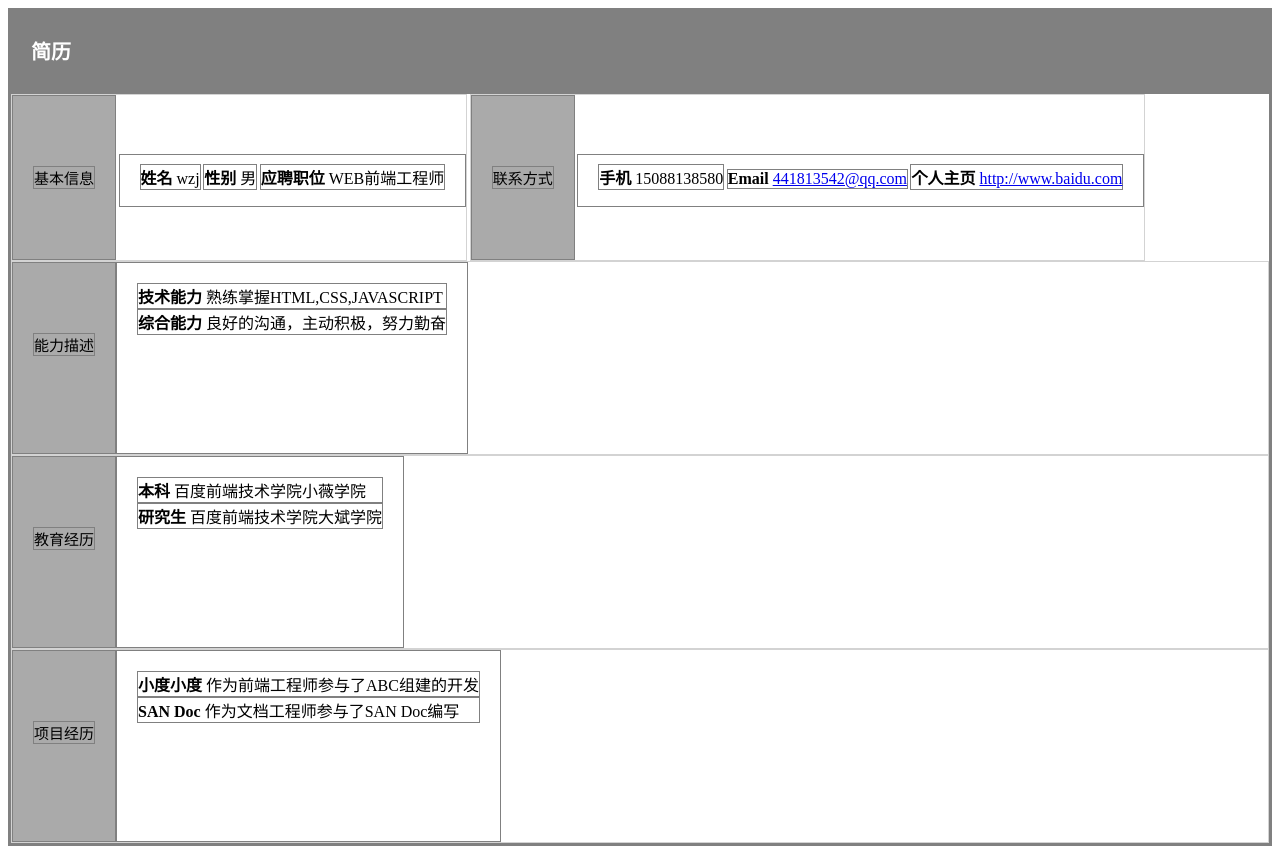
Repository: w441813542/webrecord
Page: day6_day7/jianli.html
These files come from the project's save history. The page is drawn as it stood at one moment and after the next save; the edit follows.
The browser window is 1280 px wide. The pictures show the whole page.

Above is the page before, as saved 2021-03-09 15:24:03.

After the next save:
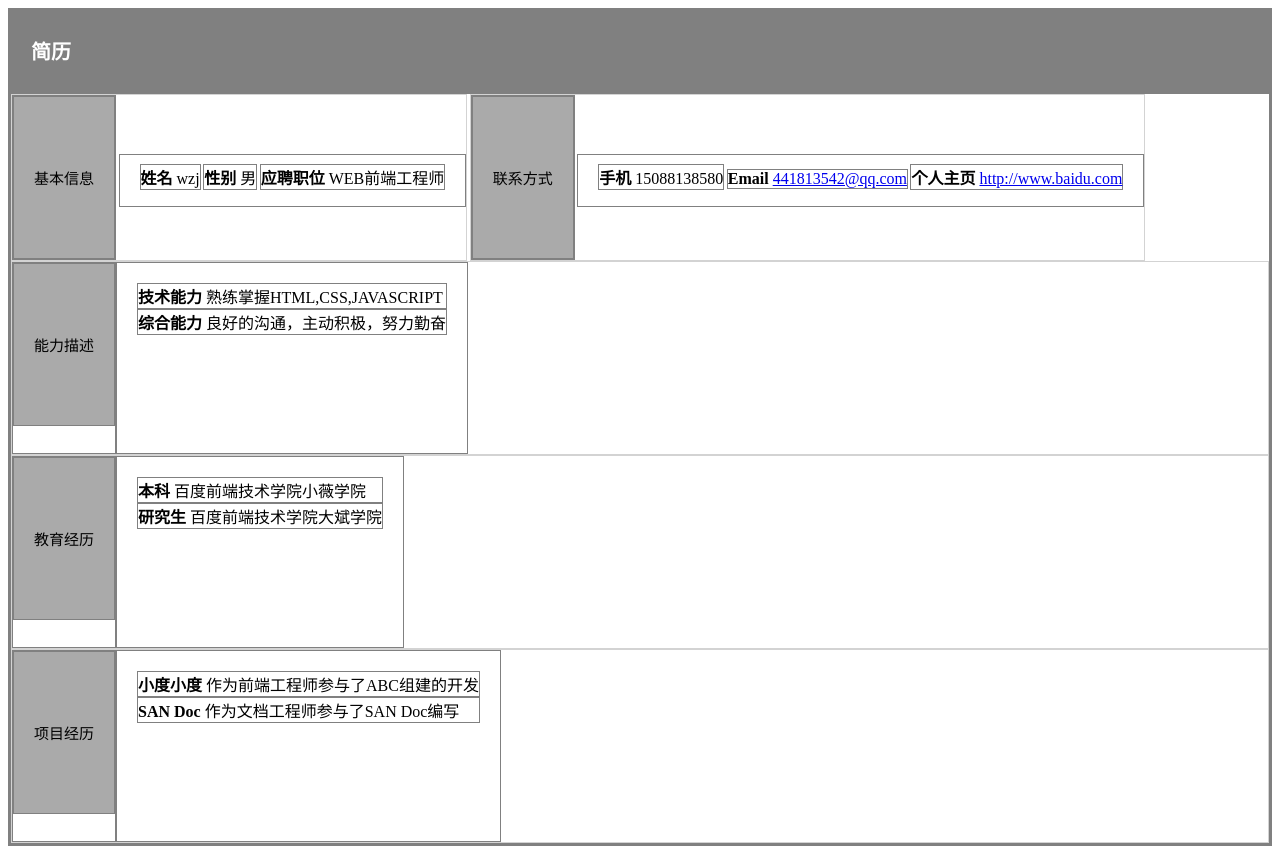
Saved 32 s later.
--- a/day6_day7/style_3.css
+++ b/day6_day7/style_3.css
@@ -14,6 +14,11 @@ html {
   .th {
     font-size: 1.5em;
     display: inline-block;
+    padding-top: 70px;
+    padding-bottom: 70px;
+    padding-left: 20px;
+    padding-right: 20px;
+    background: #aaa;
   }
 
   .caption {
@@ -34,11 +39,6 @@ html {
 
   .part_left{
     display: inline-block;
-    padding-top: 70px;
-    padding-bottom: 70px;
-    padding-left: 20px;
-    padding-right: 20px;
-    background: #aaa;
   }
 
   .part_right{
